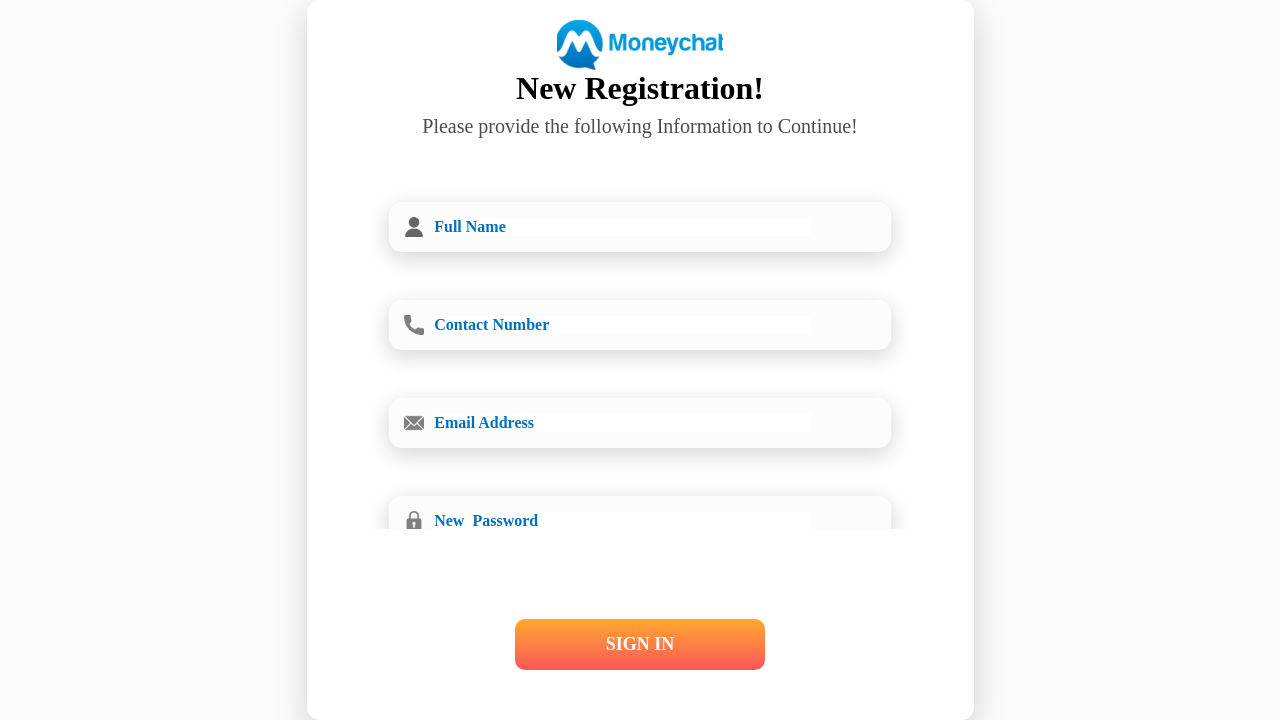
Repository: FlyweisReact/Money-Chat
Page: /register
The author's editor kept a copy of each file at every save. The page is drawn from the files as they stood at one save, then again after the next save.
The browser window is 1280 px wide. The pictures show the whole page.
An inner scrolling area shows only its first screen. The project was rebuilt for these pictures with package versions that can differ from the ones it lists, and the page was loaded fresh each time. Also part of the build but not shown: src/forms/Login.jsx.

Above is the page before, as saved 2023-11-29 14:51:26.

After the next save:
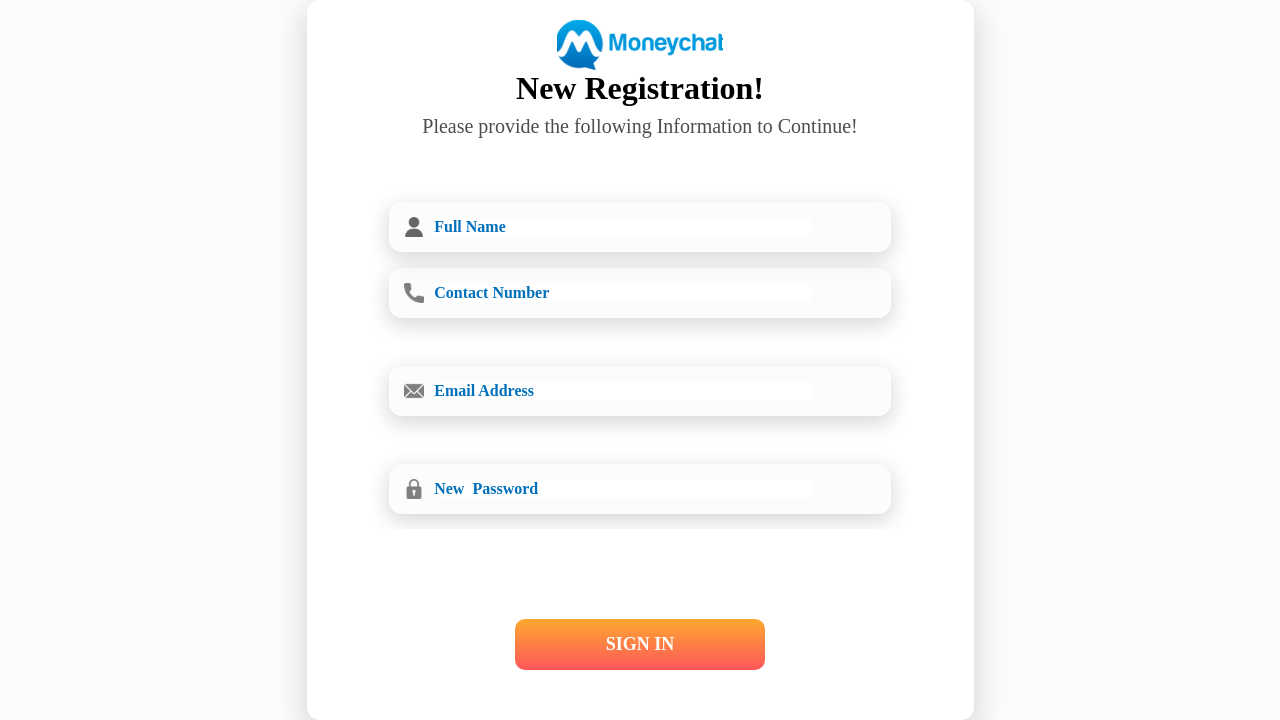
Saved 11 s later.
--- a/src/forms/Regestration.js
+++ b/src/forms/Regestration.js
@@ -19,7 +19,7 @@
             <img src="./Image/1.png" alt="" />
             <input type="text" placeholder="Full Name" />
           </div>
-          <div className="input_group mt-5">
+          <div className="input_group mt-3">
             <img src="./Image/5.png" alt="" />
             <input type="text" placeholder="Contact Number" />
           </div>
